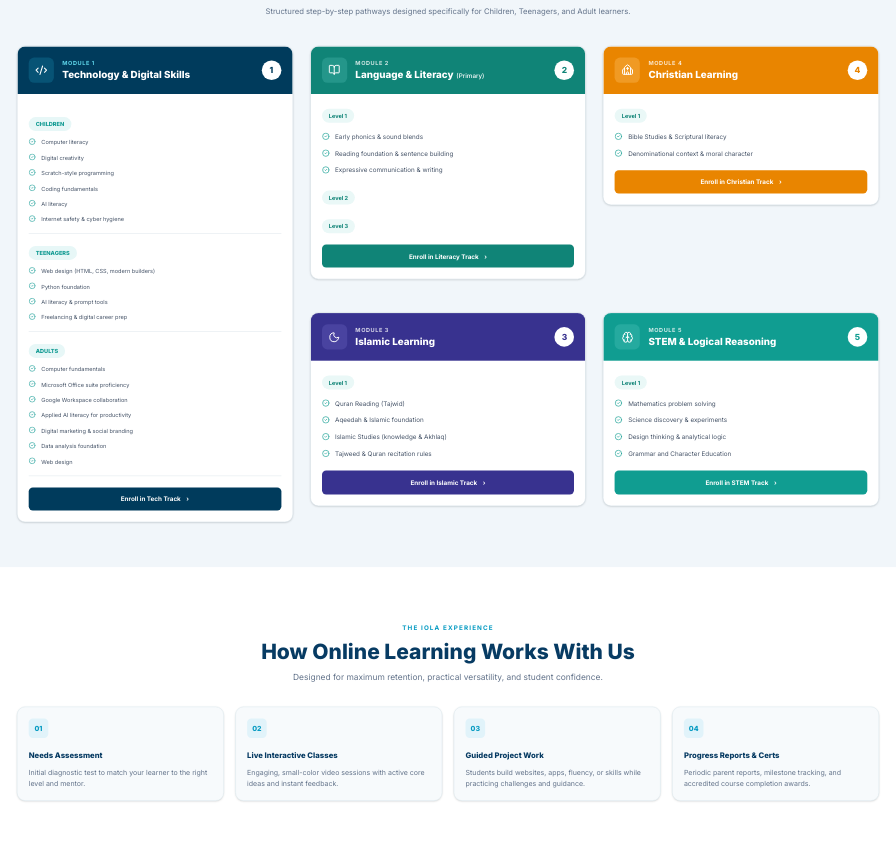
Repository: segunrotini/iola
Page: /
An editor plug-in stored every save of this project. The page is shown before and after the next save, followed by the edit.
The browser window is 1280 px wide. The pictures show the part of the page from y = 1495 to 3415 px (the page is 2720 px tall before and 3415 px after), at 70% of full size.
The project was rebuilt for these pictures with package versions that can differ from the ones it lists, and the page was loaded fresh each time. Also part of the build but not shown: vite.config.ts.

Above is the page before, as saved 2026-10-02 14:10:38.

After the next save:
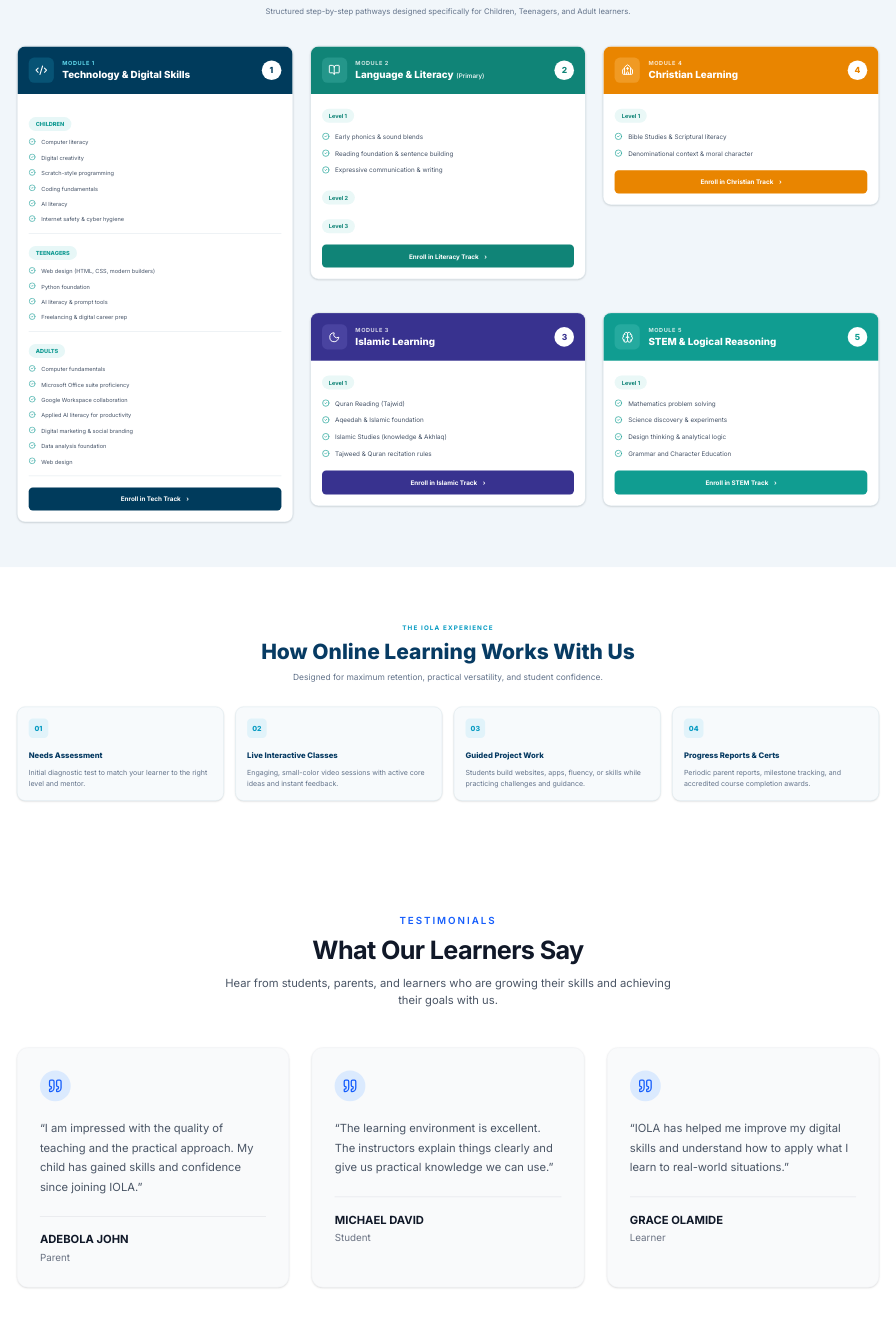
Saved 16 s later.
--- a/src/components/pages/public/Hompage.tsx
+++ b/src/components/pages/public/Hompage.tsx
@@ -3,6 +3,7 @@
 import HeroSection from "../../home/Hero-section"
 import WhyChooseUs from "../../home/WhyChooseUs"
 import Programs from "../../home/Programs"
+import Testimonials from "../../home/Testimonials"
 import LearningProcess from "../../home/LearningProcess"
 function Homepage() {
   return (
@@ -15,6 +16,7 @@
       <WhyChooseUs/>
       <Programs/>
       <LearningProcess/>
+      <Testimonials/>
     </>
   )
 }
